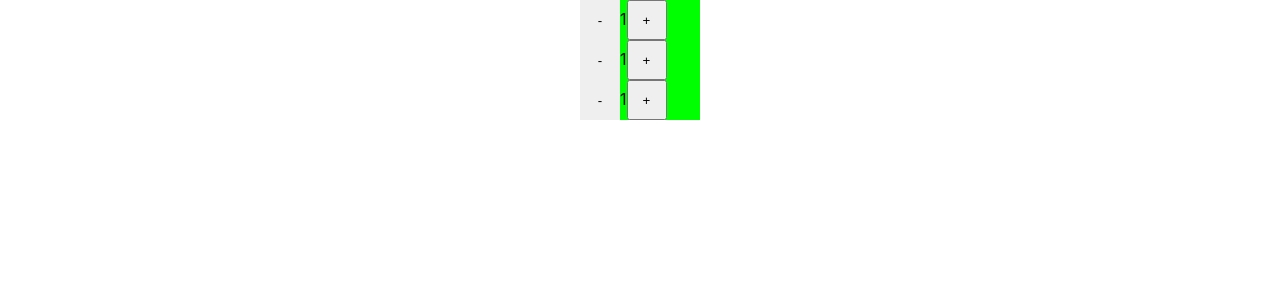
Repository: max535/test-task-netrika
Page: /
The author's editor kept a copy of each file at every save. The page is drawn from the files as they stood at one save, then again after the next save.
The browser window is 1280 px wide. The pictures show the whole page.
The project was rebuilt for these pictures with package versions that can differ from the ones it lists, and the page was loaded fresh each time.

Above is the page before, as saved 2021-10-16 06:49:38.

### public/index.html
<!DOCTYPE html>
<html lang="en">
  <head>
    <meta charset="utf-8" />
    <meta name="viewport" content="width=device-width, initial-scale=1" />
    <title>Тестовые задания</title>
  </head>
  <body>
    <div id="root"></div>
  </body>
</html>

### src/App.js
import React from 'react';
import Counter from './Counter/Counter';
import './App.css';

function App() {
  return (
    <div className="App">
      <Counter className="White" />
      <Counter className="Red" />
      <Counter className="Green" />
    </div>
  );
}

export default App;

### src/Counter/Counter.js
import React, { useState } from 'react';
import "./Counter.css";

const Counter = () => {
    const [count, setCount] = useState(1);

    const handleIncrement = () => {
        setCount(count + 1);
    }

    const handleDecrement = () => {
        setCount(count - 1);
    }

    return (
        <div className="Counter">
            <button className="Decrement" onClick={handleDecrement}>-</button>
            <span className="Count">{count}</span>
            <button className="Increment" onClick={handleIncrement}>+</button>
        </div>
    );
}

export default Counter;

### src/App.css
.App {
  display: flex;
  flex-direction: column;
  align-items: center;
  width: 100%;
  height: 100%;
}

### src/Counter/Counter.css
.Counter {
   width: 120px;
   height: 40px;
   background-color: lime;

}

.Decrement {
    width: 40px;
    height: 40px;
    border: none;
    background-color: none;
}

.Increment {
    width: 40px;
    height: 40px;
}

.Count {
    width: 40px;
    height: 40px;
}

Loaded but not shown: src/index.js (common file); src/index.css (common file)

After the next save:
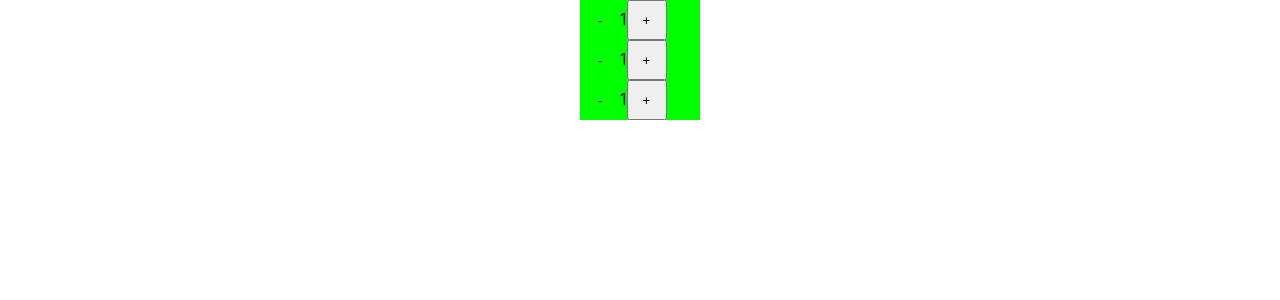
Saved 9 s later.
--- a/src/Counter/Counter.css
+++ b/src/Counter/Counter.css
@@ -9,7 +9,7 @@
     width: 40px;
     height: 40px;
     border: none;
-    background-color: none;
+    background-color: inherit;
 }
 
 .Increment {
